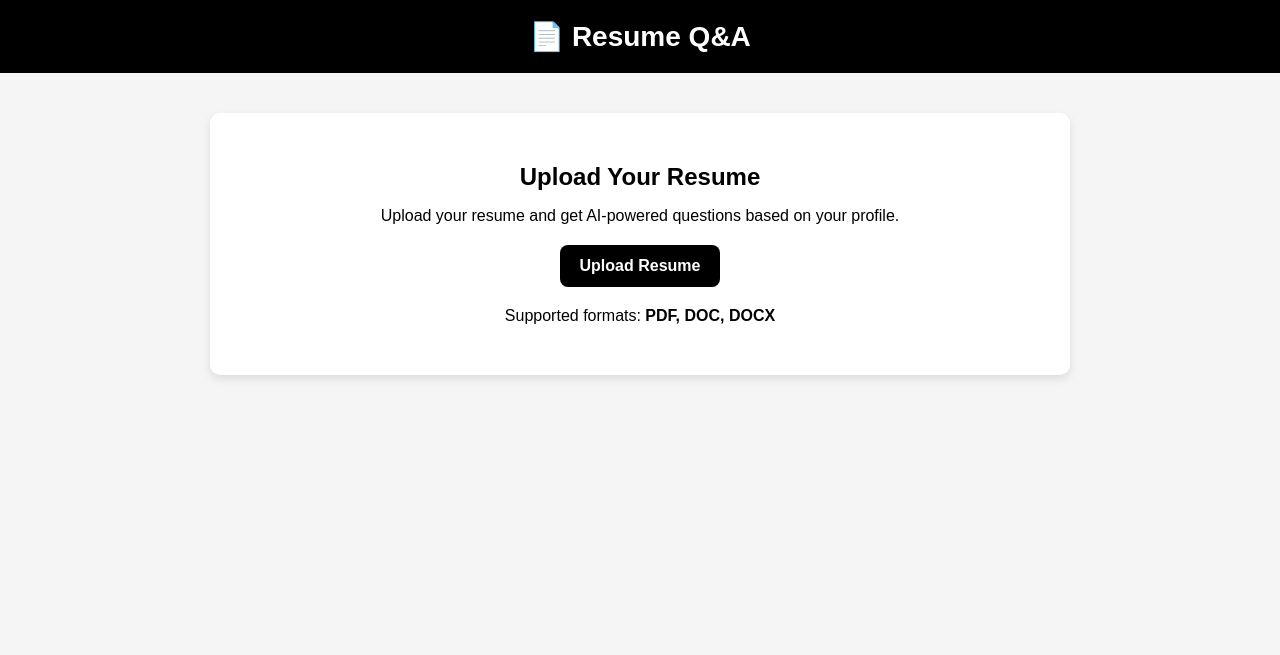
Repository: Mathin04/Online-Interview-Platform-
Page: urls/resume.html
The author's editor kept a copy of each file at every save. The page is drawn from the files as they stood at one save, then again after the next save.
The browser window is 1280 px wide. The pictures show the whole page.

Above is the page before, as saved 2025-08-23 09:41:48.

### urls/resume.html
<!DOCTYPE html>
<html lang="en">
<head>
  <meta charset="UTF-8">
  <title>Resume Q&A | M-Terview</title>
  <style>
    body {
      font-family: Arial, sans-serif;
      margin: 0;
      padding: 0;
      background: #f5f5f5;
      color: #000;
    }
    header {
      background: #000;
      color: #fff;
      padding: 20px;
      text-align: center;
    }
    header h1 {
      margin: 0;
      font-size: 28px;
    }
    .container {
      max-width: 800px;
      margin: 40px auto;
      background: #fff;
      padding: 30px;
      border-radius: 10px;
      box-shadow: 0 4px 10px rgba(0,0,0,0.1);
      text-align: center;
    }
    h2 {
      color: #000;
      margin-bottom: 15px;
    }
    p {
      font-size: 16px;
      margin-bottom: 20px;
    }
    .upload-btn {
      display: inline-block;
      background: #000;
      color: #fff;
      padding: 12px 20px;
      border-radius: 8px;
      text-decoration: none;
      font-weight: bold;
      transition: 0.3s;
      cursor: pointer;
    }
    .upload-btn:hover {
      background: #444;
    }
    input[type="file"] {
      display: none;
    }
  </style>
</head>
<body>
  <header>
    <h1>📄 Resume Q&A</h1>
  </header>

  <div class="container">
    <h2>Upload Your Resume</h2>
    <p>Upload your resume and get AI-powered questions based on your profile.</p>

    <label for="resumeUpload" class="upload-btn">Upload Resume</label>
    <input type="file" id="resumeUpload" accept=".pdf,.doc,.docx">

    <p style="margin-top: 20px;">Supported formats: <b>PDF, DOC, DOCX</b></p>
  </div>
</body>
</html>

After the next save:
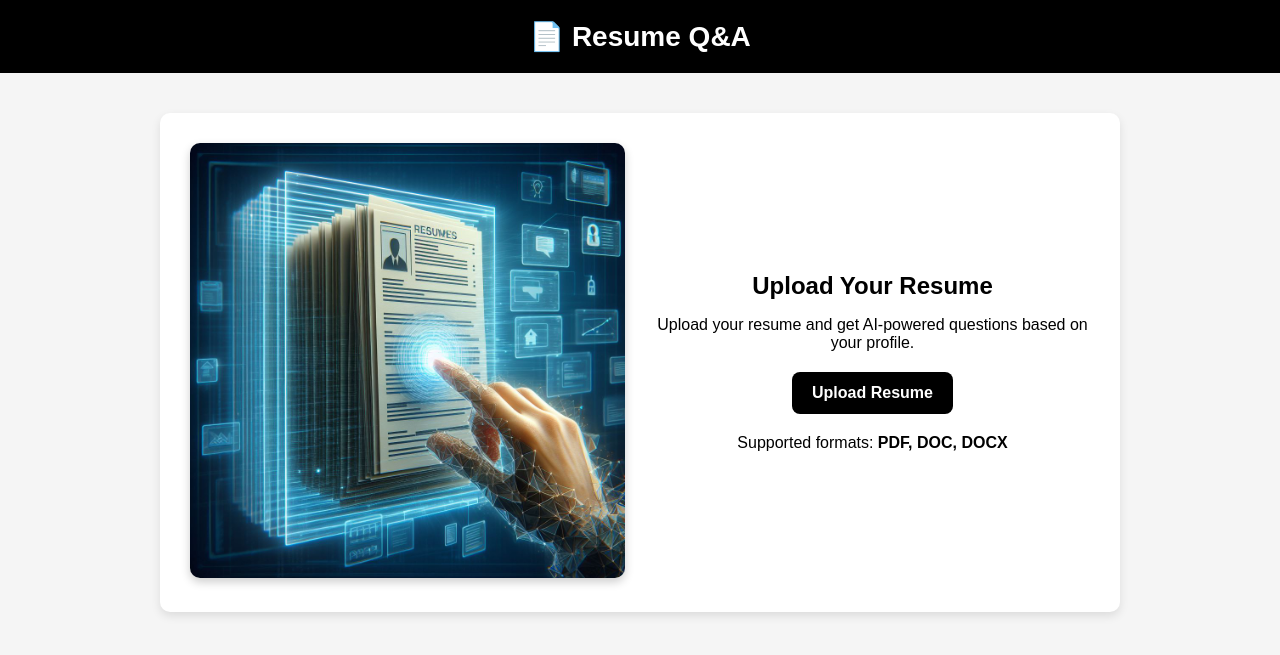
Saved 5 min 43 s later.
--- a/urls/resume.html
+++ b/urls/resume.html
@@ -21,23 +21,35 @@
       margin: 0;
       font-size: 28px;
     }
+
     .container {
-      max-width: 800px;
+      display: flex;
+      justify-content: center;
+      align-items: center;
+      max-width: 900px;
       margin: 40px auto;
       background: #fff;
       padding: 30px;
       border-radius: 10px;
       box-shadow: 0 4px 10px rgba(0,0,0,0.1);
+      gap: 30px;
+    }
+
+    .upload-section {
+      flex: 1;
       text-align: center;
     }
+
     h2 {
       color: #000;
       margin-bottom: 15px;
     }
+
     p {
       font-size: 16px;
       margin-bottom: 20px;
     }
+
     .upload-btn {
       display: inline-block;
       background: #000;
@@ -49,11 +61,34 @@
       transition: 0.3s;
       cursor: pointer;
     }
+
     .upload-btn:hover {
       background: #444;
     }
+
     input[type="file"] {
       display: none;
+    }
+
+    .resume-image {
+      flex: 1;
+      text-align: center;
+    }
+
+    .resume-image img {
+      max-width: 100%;
+      border-radius: 10px;
+      box-shadow: 0 4px 10px rgba(0,0,0,0.2);
+    }
+
+    @media screen and (max-width: 768px) {
+      .container {
+        flex-direction: column;
+      }
+      .resume-image img {
+        max-width: 60%;
+        margin-bottom: 20px;
+      }
     }
   </style>
 </head>
@@ -63,13 +98,30 @@
   </header>
 
   <div class="container">
-    <h2>Upload Your Resume</h2>
-    <p>Upload your resume and get AI-powered questions based on your profile.</p>
+    <div class="resume-image">
+      <img src="../images/resume.jpg" alt="Resume Image">
+    </div>
+    <div class="upload-section">
+      <h2>Upload Your Resume</h2>
+      <p>Upload your resume and get AI-powered questions based on your profile.</p>
 
-    <label for="resumeUpload" class="upload-btn">Upload Resume</label>
-    <input type="file" id="resumeUpload" accept=".pdf,.doc,.docx">
+      <label for="resumeUpload" class="upload-btn">Upload Resume</label>
+      <input type="file" id="resumeUpload" accept=".pdf,.doc,.docx">
 
-    <p style="margin-top: 20px;">Supported formats: <b>PDF, DOC, DOCX</b></p>
+      <p style="margin-top: 20px;">Supported formats: <b>PDF, DOC, DOCX</b></p>
+      <p id="fileName" style="color:#555;"></p>
+    </div>
   </div>
+
+  <script>
+    const resumeUpload = document.getElementById('resumeUpload');
+    const fileName = document.getElementById('fileName');
+
+    resumeUpload.addEventListener('change', () => {
+      if (resumeUpload.files.length > 0) {
+        fileName.textContent = "Uploaded: " + resumeUpload.files[0].name;
+      }
+    });
+  </script>
 </body>
 </html>
